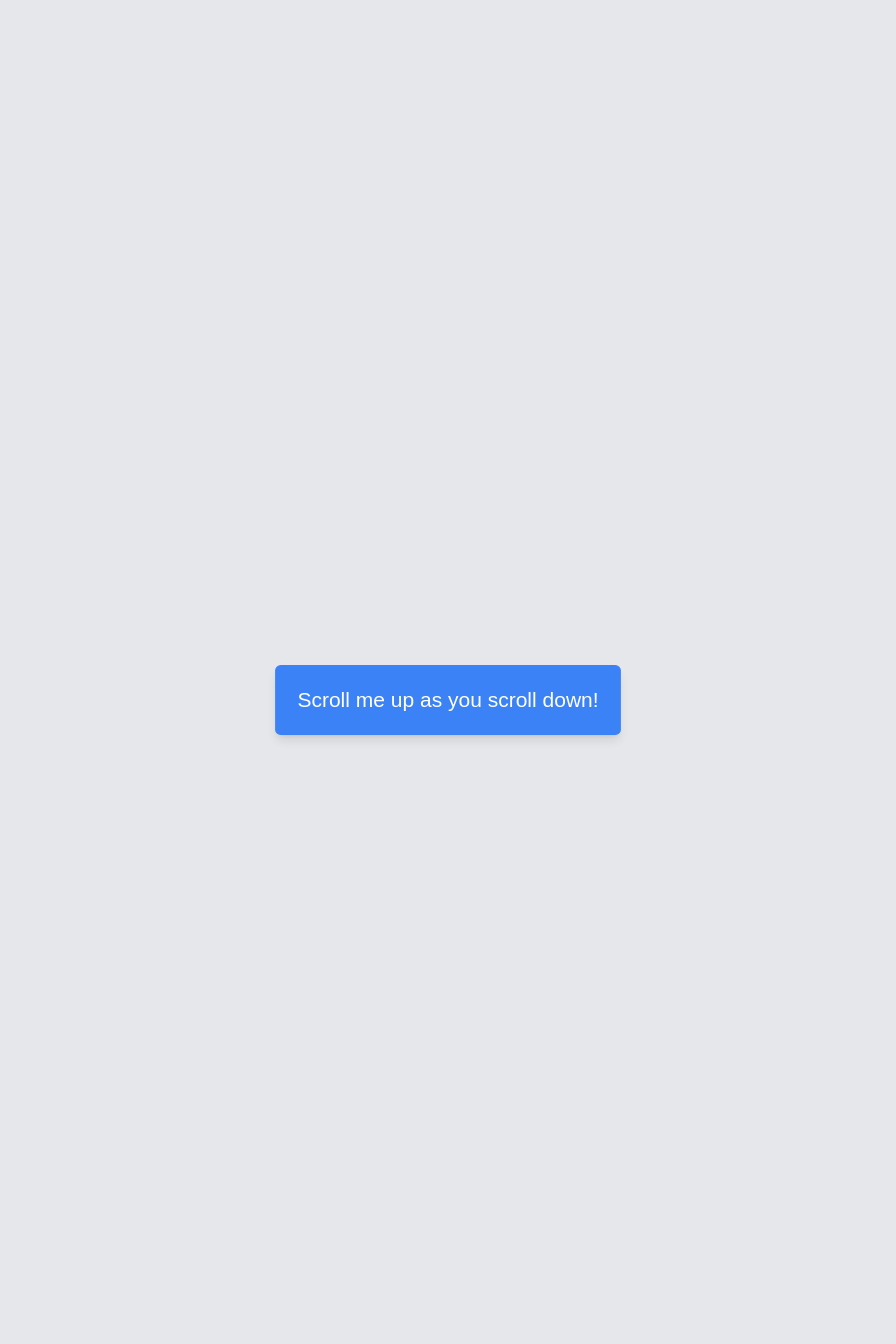
Repository: TMuse333/focus-flow2
Page: / (app in frontend/)
These files come from the project's save history. The page is drawn as it stood at one moment and after the next save; the edit follows.
The browser window is 1280 px wide. The pictures show the part of the page from y = 0 to 1920 px (the page is 2720 px tall), at 70% of full size.
The project was rebuilt for these pictures with package versions that can differ from the ones it lists, and the page was loaded fresh each time. The framework's server and built-in components were replaced by stand-ins that run in the browser. Also part of the build but not shown: frontend/next.config.ts.

Above is the page before, as saved 2025-02-25 17:51:04.

### frontend/src/app/page.tsx
import Homepage from "@/pageComponents/homepage";
import Image from "next/image";

export default function Home() {
  return (
  <Homepage/>
  );
}

### frontend/src/pageComponents/homepage.tsx
import PlaceHolder from "@/components/contentPieces/placeHolder";
import Herobanner from "@/components/herobanner/herobanner";
import React from "react";

const Homepage = () => {


    return (
        <main className="w-screen
        ">
              {/* <PlaceHolder/> */}
            <Herobanner/>

            <PlaceHolder/>

        </main>
    )
}

export default Homepage

### frontend/src/components/contentPieces/placeHolder.tsx
import React from "react"


const PlaceHolder = () => {


    return (
        <div className="h-screen w-screen
        bg-red-200">
            Hello
        </div>
    )
}

export default PlaceHolder

### frontend/src/components/herobanner/herobanner.tsx
"use client";

import React, { useEffect, useRef } from "react";
import { gsap } from "gsap";

const ScrollTranslateContainer = () => {
    const containerRef = useRef(null);

    useEffect(() => {
        const handleScroll = () => {
            const scrollY = window.scrollY;
            const maxTranslate = 1000; // Maximum translation in pixels
            const translateAmount = Math.min(scrollY, maxTranslate); // Ensure we don't exceed maxTranslate

            // Apply translation to the container based on scroll position
            gsap.to(containerRef.current, {
                duration: 0.3,
                y: -translateAmount, // Translate upwards
            });
        };

        // Listen for the scroll event
        window.addEventListener("scroll", handleScroll);

        return () => {
            // Clean up the event listener when the component is unmounted
            window.removeEventListener("scroll", handleScroll);
        };
    }, []);

    return (
        <div ref={containerRef} className="w-full h-[2000px] bg-gray-200">
            <div className="flex justify-center items-center h-full">
                <div className="p-8 bg-blue-500 text-white rounded-lg shadow-lg">
                    <h2 className="text-3xl mb-auto s">Scroll me up as you scroll down!</h2>
                </div>
            </div>
        </div>
    );
};

export default ScrollTranslateContainer;

Loaded but not shown: frontend/src/app/layout.tsx (common file); frontend/src/app/globals.css (common file); frontend/tailwind.config.ts (common file)

After the next save:
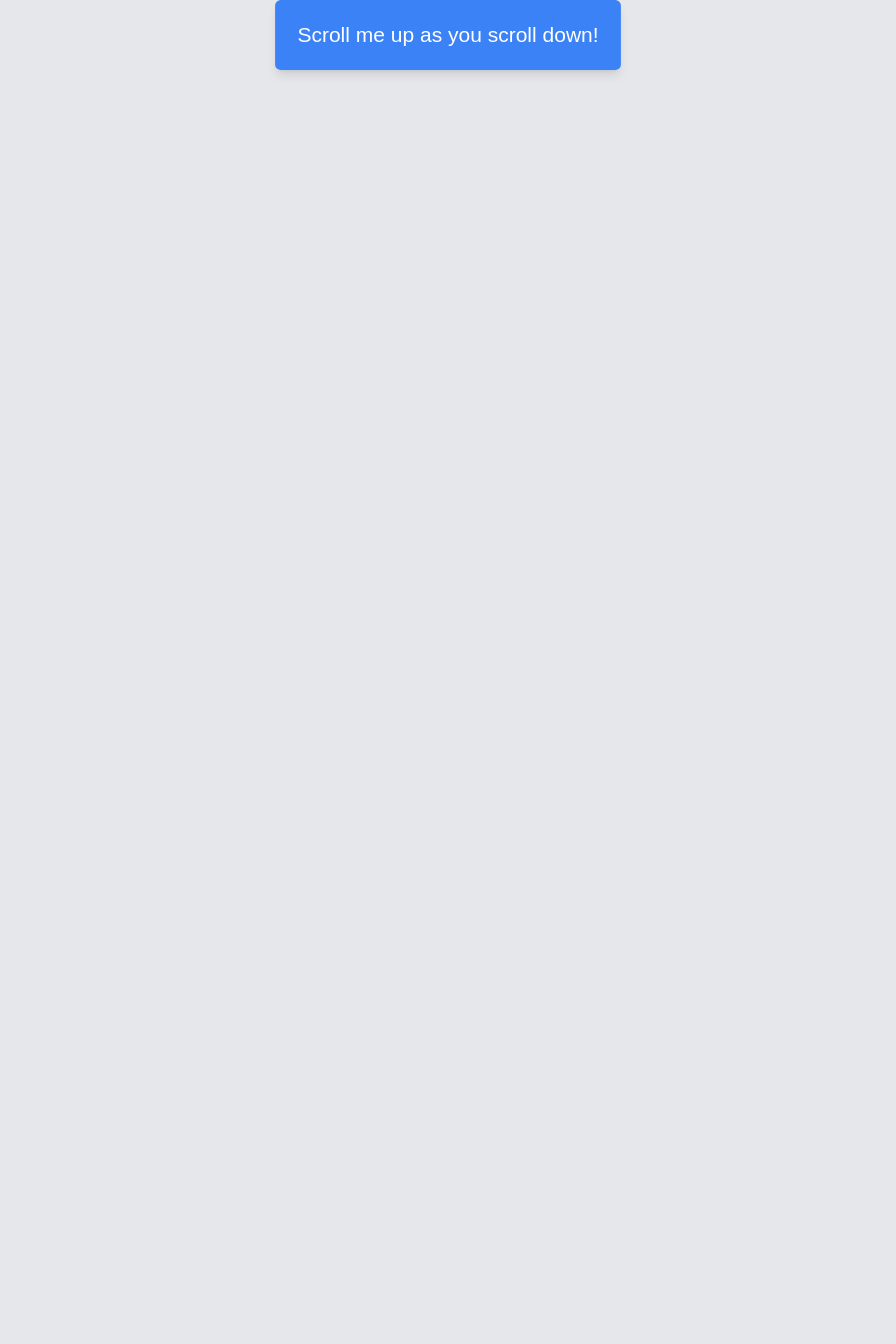
Saved 4 s later.
--- a/frontend/src/components/herobanner/herobanner.tsx
+++ b/frontend/src/components/herobanner/herobanner.tsx
@@ -30,7 +30,7 @@
 
     return (
         <div ref={containerRef} className="w-full h-[2000px] bg-gray-200">
-            <div className="flex justify-center items-center h-full">
+            <div className="flex justify-center items-start h-full">
                 <div className="p-8 bg-blue-500 text-white rounded-lg shadow-lg">
                     <h2 className="text-3xl mb-auto s">Scroll me up as you scroll down!</h2>
                 </div>
